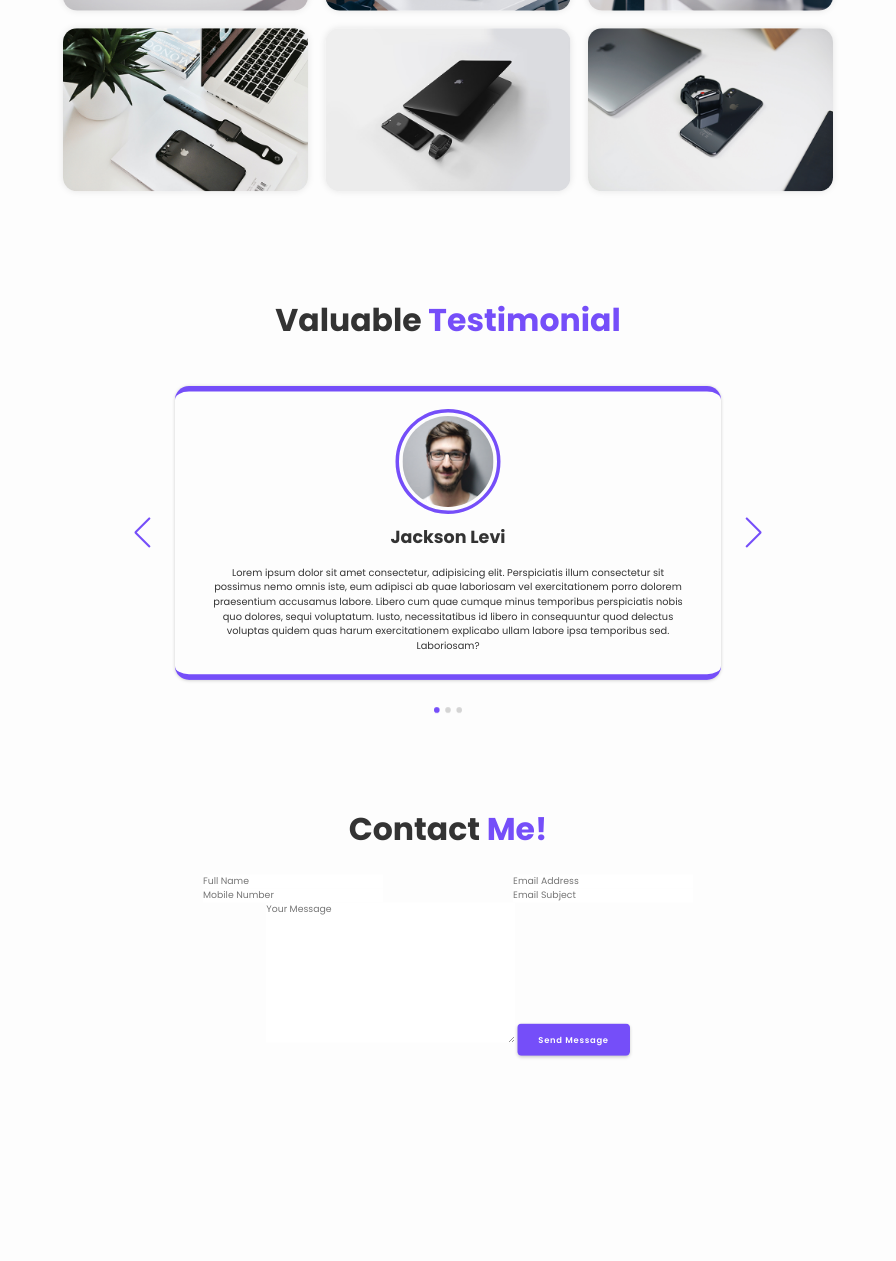
Repository: Gabi-Augusto/Portfolio
Page: index.html
These files come from the project's save history. The page is drawn as it stood at one moment and after the next save; the edit follows.
The browser window is 1280 px wide. The pictures show the part of the page from y = 2536 to 4456 px (the page is 4337 px tall before and 4456 px after), at 70% of full size.

Above is the page before, as saved 2023-11-29 20:54:34.

### index.html
<!DOCTYPE html>
<html lang="en">

<head>
    <meta charset="UTF-8">
    <meta http-equiv="X-UA-Compatible" content="IE=edge">
    <meta name="viewport" content="width=device-width, initial-scale=1.0">
    <title>Portfolio Website Design | Gabriela Augusto</title>

    <!-- swiper css -->
    <link rel="stylesheet" href="https://cdn.jsdelivr.net/npm/swiper@9/swiper-bundle.min.css" />

    <!-- box icons -->
    <link href='https://unpkg.com/boxicons@2.1.4/css/boxicons.min.css' rel='stylesheet'>

    <!-- custom css -->
    <link rel="stylesheet" href="css/style.css">
</head>

<body>

    <!-- header design -->
    <header class="header">
        <a href="#" class="logo">Portfolio.</a>

        <nav class="navbar">
            <a href="#home" class="active">Home</a>
            <a href="#about">About</a>
            <a href="#services">Services</a>
            <a href="#portfolio">Portfolio</a>
            <a href="#contact">Contact</a>
        </nav>

        <div class="bx bx-moon" id="darkMode-icon"></div>
    </header>

    <!-- home section design -->
    <section class="home" id="home">
        <div class="home-content">
            <h3>Hello, I am</h3>
            <h1>Gabriela Augusto</h1>
            <p>Lorem ipsum, dolor sit amet consectetur adipisicing elit. Veritatis sequi amet numquam sunt eius quae deleniti dolore voluptatum.</p>

            <div class="social-media">
                <a href="#"><i class='bx bxl-instagram-alt'></i></a>
                <a href="#"><i class='bx bxl-linkedin' ></i></a>
                <a href="#"><i class='bx bxl-github' ></i></a>
            </div>

            <a href="#" class="btn">Download CV</a>
        </div>

        <div class="profession-container">
            <div class="profession-box">
                <div class="profession" style="--i:0;">
                    <i class='bx bx-cloud'></i>
                    <h3>Salesforce Developer</h3>
                </div>
                <div class="profession" style="--i:1;">
                    <i class='bx bx-bulb'></i>
                    <h3>Business Analyst</h3>
                </div>
                <div class="profession" style="--i:2;">
                    <i class='bx bx-palette'></i>
                    <h3>Web Designer</h3>
                </div>
                <div class="profession" style="--i:3;">
                    <i class='bx bx-code-alt' ></i>
                    <h3>FullStack Developer</h3>
                </div>
                <div class="circle"></div>
            </div>
            <div class="overlay"></div>
        </div>
        <div class="home-img">
            <img src="imagens/home.png" alt="">
        </div>
    </section>

    <!-- about section design -->

    <section class="about" id="about">
        <div class="about-img">
            <img src="imagens/about.png" alt="">
        </div>

        <div class="about-content">
            <h2 class="heading">About <span>Me</span></h2>
            <h3>Hi, I'm Here To Help Your Next Project!</h3>
            <p>Lorem ipsum dolor sit, amet consectetur adipisicing elit. Consequatur laudantium reiciendis voluptates maxime optio cumque accusantium sunt temporibus cupiditate! Sed mollitia id doloribus nesciunt odit harum, praesentium aliquid. Soluta, harum est eveniet quos provident veritatis eaque ullam voluptate laudantium deleniti?</p>
            <a href="#" class="btn">Read More</a>
        </div>
    </section>

    <!-- services section design -->

    <section class="services" id="services">
        <h2 class="heading">My <span>Services</span></h2>

        <div class="services-container">
            <div class="services-box">
                <i class='bx bx-code-alt' ></i>
                <h3>Salesforce Development</h3>
                <p>Lorem ipsum dolor sit amet consectetur adipisicing elit. Corrupti quidem blanditiis error dignissimos. Quos eligendi totam quod nesciunt modi harum incidunt accusamus.</p>
                <a href="#" class="btn">Read More</a>
            </div>
            <div class="services-box">
                <i class='bx bxs-paint'></i>
                <h3>Graphic Design</h3>
                <p>Lorem ipsum dolor sit amet consectetur adipisicing elit. Corrupti quidem blanditiis error dignissimos. Quos eligendi totam quod nesciunt modi harum incidunt accusamus.</p>
                <a href="#" class="btn">Read More</a>
            </div>
            <div class="services-box">
                <i class='bx bx-bar-chart-alt'></i>
                <h3>Digital Marketing</h3>
                <p>Lorem ipsum dolor sit amet consectetur adipisicing elit. Corrupti quidem blanditiis error dignissimos. Quos eligendi totam quod nesciunt modi harum incidunt accusamus.</p>
                <a href="#" class="btn">Read More</a>
            </div>
        </div>
    </section>

    <!-- portfolio section design -->

    <section class="portfolio" id="portfolio">
        <h2 class="heading">Latest <span>Project</span></h2>

        <div class="portfolio-container">
            <div class="portfolio-box">
                <img src="imagens/portfolio1.jpg" alt="">

                <div class="portfolio-layer">
                    <h4>Web Desing</h4>
                    <p>Lorem ipsum dolor sit amet consectetur adipisicing elit. Asperiores, ut possimus!</p>
                    <a href="#"><i class='bx bx-link-external' ></i></a>
                </div>
            </div>

            <div class="portfolio-box">
                <img src="imagens/portfolio2.jpg" alt="">

                <div class="portfolio-layer">
                    <h4>Web Desing</h4>
                    <p>Lorem ipsum dolor sit amet consectetur adipisicing elit. Asperiores, ut possimus!</p>
                    <a href="#"><i class='bx bx-link-external' ></i></a>
                </div>
            </div>

            <div class="portfolio-box">
                <img src="imagens/portfolio3.jpg" alt="">

                <div class="portfolio-layer">
                    <h4>Web Desing</h4>
                    <p>Lorem ipsum dolor sit amet consectetur adipisicing elit. Asperiores, ut possimus!</p>
                    <a href="#"><i class='bx bx-link-external' ></i></a>
                </div>
            </div>

            <div class="portfolio-box">
                <img src="imagens/portfolio4.jpg" alt="">

                <div class="portfolio-layer">
                    <h4>Web Desing</h4>
                    <p>Lorem ipsum dolor sit amet consectetur adipisicing elit. Asperiores, ut possimus!</p>
                    <a href="#"><i class='bx bx-link-external' ></i></a>
                </div>
            </div>

            <div class="portfolio-box">
                <img src="imagens/portfolio5.jpg" alt="">

                <div class="portfolio-layer">
                    <h4>Web Desing</h4>
                    <p>Lorem ipsum dolor sit amet consectetur adipisicing elit. Asperiores, ut possimus!</p>
                    <a href="#"><i class='bx bx-link-external' ></i></a>
                </div>
            </div>

            <div class="portfolio-box">
                <img src="imagens/portfolio6.jpg" alt="">

                <div class="portfolio-layer">
                    <h4>Web Desing</h4>
                    <p>Lorem ipsum dolor sit amet consectetur adipisicing elit. Asperiores, ut possimus!</p>
                    <a href="#"><i class='bx bx-link-external' ></i></a>
                </div>
            </div>

        </div>
    </section>

    <!-- testimonial design -->

    <div class="testimonial-container">
        <h2 class="heading">Valuable <span>Testimonial</span></h2>

        <div class="testimonial-wrapper">
            <div class="testimonial-box mySwiper">
                <div class="testimonial-content swiper-wrapper">
                    <div class="testimonial-slide swiper-slide">
                        <img src="imagens/testimonial1.jpg" alt="">
                        <h3>Jackson Levi</h3>
                        <p>Lorem ipsum dolor sit amet consectetur, adipisicing elit. Perspiciatis illum consectetur sit possimus nemo omnis iste, eum adipisci ab quae laboriosam vel exercitationem porro dolorem praesentium accusamus labore. Libero cum quae cumque minus temporibus perspiciatis nobis quo dolores, sequi voluptatum. Iusto, necessitatibus id libero in consequuntur quod delectus voluptas quidem quas harum exercitationem explicabo ullam labore ipsa temporibus sed. Laboriosam?</p>
                    </div>

                    <div class="testimonial-slide swiper-slide">
                        <img src="imagens/testimonial2.jpg" alt="">
                        <h3>Flora Ocean</h3>
                        <p>Lorem ipsum dolor sit amet consectetur, adipisicing elit. Perspiciatis illum consectetur sit possimus nemo omnis iste, eum adipisci ab quae laboriosam vel exercitationem porro dolorem praesentium accusamus labore. Libero cum quae cumque minus temporibus perspiciatis nobis quo dolores, sequi voluptatum. Iusto, necessitatibus id libero in consequuntur quod delectus voluptas quidem quas harum exercitationem explicabo ullam labore ipsa temporibus sed. Laboriosam?</p>
                    </div>

                    <div class="testimonial-slide swiper-slide">
                        <img src="imagens/testimonial3.jpg" alt="">
                        <h3>Julian Grayson</h3>
                        <p>Lorem ipsum dolor sit amet consectetur, adipisicing elit. Perspiciatis illum consectetur sit possimus nemo omnis iste, eum adipisci ab quae laboriosam vel exercitationem porro dolorem praesentium accusamus labore. Libero cum quae cumque minus temporibus perspiciatis nobis quo dolores, sequi voluptatum. Iusto, necessitatibus id libero in consequuntur quod delectus voluptas quidem quas harum exercitationem explicabo ullam labore ipsa temporibus sed. Laboriosam?</p>
                    </div>
                </div>

                <div class="swiper-button-next"></div>
                <div class="swiper-button-prev"></div>
                <div class="swiper-pagination"></div>

            </div>
        </div>
    </div>

    <!-- contact section design -->

    <section class="contact" id="contact">
        <h2 class="heading">Contact <span>Me!</span></h2>

        <form action="#">

            <div class="input-box">
                <input type="text" placeholder="Full Name">
                <input type="email" placeholder="Email Address">
            </div>

            <div class="input-box">
                <input type="number" placeholder="Mobile Number">
                <input type="text" placeholder="Email Subject">
            </div>
            <textarea name="" id="" cols="30" rows="10" placeholder="Your Message"></textarea>
            <input type="submit" value="Send Message" class="btn">
        </form>
    </section>

    <!-- footer design -->


    <!-- scroll reveal -->
    <script src="https://unpkg.com/scrollreveal"></script>

    <!-- swiper js -->
    <script src="https://cdn.jsdelivr.net/npm/swiper@9/swiper-bundle.min.js"></script>

    <!-- custom js -->
    <script src="js/script.js"></script>
</body>

</html>

### css/style.css
@import url('https://fonts.googleapis.com/css2?family=Poppins:wght@300;400;500;600;700;800;900&display=swap');

* {
    margin: 0;
    padding: 0;
    box-sizing: border-box;
    text-decoration: none;
    border: none;
    outline: none;
    scroll-behavior: smooth;
    font-family: 'Poppins', sans-serif;
}

:root {
    --bg-color: #fdfdfd;
    --text-color: #333;
    --main-color: #754ef9;
    --white-color: #fdfdfd;
    --shadow-color: rgba(0, 0, 0, .2);
}

html {
    font-size: 62.5%;
    overflow-x: hidden;
}

body {
    background: var(--bg-color);
    color: var(--text-color);
}

.header {
    position: fixed;
    top: 0;
    left: 0;
    width: 100%;
    padding: 2rem 7%;
    background: transparent;
    display: flex;
    align-items: center;
    z-index: 100;
    transition: .5s;
}

.header.sticky {
    background: var(--bg-color);
    box-shadow: 0 .1rem 1rem var(--shadow-color);
}

.logo {
    font-size: 2.5rem;
    color: var(--main-color);
    font-weight: 600;
    cursor: default;
    margin-right: auto;
}

.navbar a {
    position: relative;
    font-size: 1.7rem;
    color: var(--white-color);
    font-weight: 500;
    margin-right: 3.5rem;
}

.header.sticky .navbar a {
    color: var(--text-color);
}

.header.sticky .navbar a.active {
    color: var(--main-color);
}

.navbar a.active::before{
    content: '';
    position: absolute;
    left: 0;
    bottom: -6px;
    width: 100%;
    height: .2rem;
    background: var(--white-color);
}

.header.sticky .navbar a::before {
    background: var(--main-color);
    opacity: .7;
}

#darkMode-icon {
    font-size: 2.4rem;
    color: var(--white-color);
    cursor: pointer;
}

.header.sticky #darkMode-icon{
    color: var(--text-color);
    opacity: .9;
}

section {
    min-height: 100vh;
    padding: 7rem 7% 2rem;
}

.home {
    display: flex;
    align-items: center;
}

.home .home-content {
    max-width: 44rem;
}

.home-content h3 {
    font-size: 3.2rem;
    font-weight: 700;
    line-height: .3;
}

.home-content h1 {
    font-size: 4.8rem;
    font-weight: 700;
    margin-bottom: .3rem;
}

.home-content p {
    font-size: 1.6rem;
}

.home-content .social-media a {
    display: inline-flex;
    justify-content: center;
    align-items: center;
    width: 4rem;
    height: 4rem;
    background: transparent;
    border: .2rem solid var(--main-color);
    border-radius: 50%;
    box-shadow: 0 .2rem .5rem  var(--shadow-color);
    font-size: 2rem;
    color: var(--main-color);
    margin: 2.5rem 1.5rem 3rem 0;
    transition: .5s ease;
}

.home-content .social-media a:hover {
    background: var(--main-color);
    color: var(--white-color);
}

.btn {
    display: inline-block;
    padding: 1.2rem 2.8rem;
    background: var(--main-color);
    border-radius: .6rem;
    box-shadow: 0 .2rem .5rem var(--shadow-color);
    font-size: 1.2rem;
    color: var(--white-color);
    letter-spacing: .1rem;
    font-weight: 600;
    border: .2rem solid transparent;
    transition: .5s ease;
}

.btn:hover {
    background: transparent;
    color: var(--main-color);
    border-color: var(--main-color);
}

.home .profession-container {
    position: absolute;
    top: 48%;
    right: 30px;
    transform: translateY(-50%);
    width: 680px;
    height: 680px;
    overflow: hidden;
    pointer-events: none;
}

.home .profession-container .profession-box {
    position: absolute;
    top: 0;
    right: 0;
    width: 680px;
    height: 680px;
    border-radius: 50%;
    display: flex;
    justify-content: center;
    align-items: center;
}

.home .profession-box .profession {
    position: absolute;
    left: 0;
    display: flex;
    align-items: center;
    flex-direction: column;
    color: var(--main-color);
    transform: rotate(calc(360deg / 4 * var(--i)));
    transform-origin: 340px;
    background: var(--bg-color);
    padding: 13px 0;
}

.home .profession-box .profession:nth-child(1) i {
    margin-right: 15px;
}

.home .profession-box .profession:nth-child(2),
.home .profession-box .profession:nth-child(4) {
    padding-bottom: 20px;
}

.home .profession i {
    font-size: 3.8rem;
}

.home .profession h3 {
    font-size: 2.4rem;
    line-height: 1;
    font-weight: 600;
}

.home .profession-box .circle {
    width: 520px;
    height: 520px;
    border: 3px solid var(--main-color);
    border-radius: 50%;
}

.home .profession-container .overlay {
    position: absolute;
    top: 0;
    right: 0;
    width: 0;
    height: 0;
    border-top: 340px solid var(--main-color);
    border-right: 340px solid var(--main-color);
    border-bottom: 340px solid var(--main-color);
    border-left: 340px solid transparent;
}

.home-img img {
    position: absolute;
    bottom: 0;
    top: 83px;
    right: 70px;
    width: 29%;
    pointer-events: none;
}

span {
    color: var(--main-color);
}

.about {
    display: flex;
    justify-content: center;
    align-items: center;
    gap: 6rem;
}

.about-img img {
    width: 40vw;
}

.heading {
    font-size: 4.5rem;
    text-align: center;
}

.about-content h2 {
    text-align: left;
    line-height: 1.2;
}

.about-content h3 {
    font-size: 2rem;
}

.about-content p {
    font-size: 1.6rem;
    margin: 2rem 0 3rem;
}

.services {
    min-height: auto;
    padding-bottom: 7rem;
}

.services h2 {
    margin-bottom: 5rem;
}

.services .services-container {
    display: flex;
    justify-content: center;
    align-items: center;
    flex-wrap: wrap;
    gap: 2rem;
}

.services-container .services-box {
    flex: 1 1 30rem;
    background: var(--bg-color);
    padding: 3rem 2rem 4rem;
    border-radius: 2rem;
    box-shadow: 0 .1rem .5rem var(--shadow-color);
    text-align: center;
    border-top: .6rem solid var(--main-color);
    border-bottom: .6rem solid var(--main-color);
    transition: .5s ease;
}

.services-container .services-box:hover {
    box-shadow: 0 .1rem 2rem var(--shadow-color);
    transform: scale(1.02);
}

.services-box i {
    font-size: 7rem;
    color: var(--main-color);
}

.services-box h3 {
    font-size: 2.6rem;
    transition: .5s ease;
}

.services-box:hover h3 {
    color: var(--main-color);
}

.services-box p {
    font-size: 1.6rem;
    margin: 1rem 0 3rem;
}

.portfolio {
    padding-bottom: 10rem;
}

.portfolio h2 {
    margin-bottom: 4rem;
}

.portfolio .portfolio-container {
    display: grid;
    grid-template-columns: repeat(3, 1fr);
    align-items: center;
    gap: 2.5rem;
}

.portfolio-container .portfolio-box{
    position: relative;
    display: flex;
    border-radius: 2rem;
    box-shadow: 0 0 1rem rgba(0, 0, 0, .1);
    overflow: hidden;
}

.portfolio-box img {
    width: 100%;
    transition: .5s ease;
}

.portfolio-box:hover img {
    transform: scale(1.1);
}

.portfolio-box .portfolio-layer {
    position: absolute;
    bottom: 0;
    left: 0;
    width: 100%;
    height: 100%;
    background: linear-gradient(rgba(0, 0, 0, .1), var(--main-color));
    color: var(--white-color);
    display: flex;
    justify-content: center;
    align-items: center;
    flex-direction: column;
    text-align: center;
    padding: 0 4rem;
    opacity: 0;
    transition: .5s ease;
}

.portfolio-box:hover .portfolio-layer {
    opacity: 1;
}

.portfolio-layer h4 {
    font-size: 3rem;
}

.portfolio-layer p {
    font-size: 1.6rem;
    margin: .3rem 0 1rem;
}

.portfolio-layer a {
    display: inline-flex;
    justify-content: center;
    align-items: center;
    width: 5rem;
    height: 5rem;
    background: var(--white-color);
    border-radius: 50%;
}

.portfolio-layer a i {
    font-size: 2rem;
    color: #333;
}

.testimonial-container {
    display: flex;
    align-items: center;
    flex-direction: column;
    width: 100%;
    padding: 5rem 1rem;
}

.testimonial-container .testimonial-wrapper {
    position: relative;
    max-width: 90rem;
    width: 100%;
    padding: 5rem;
}

.testimonial-wrapper .testimonial-box {
    padding: 1rem;
    border-radius: 2rem;
    overflow: hidden;
}

.testimonial-content .testimonial-slide {
    display: flex;
    align-items: center;
    flex-direction: column;
    background: var(--bg-color);
    border-radius: 2rem;
    box-shadow: 0 .1rem .5rem var(--shadow-color);
    padding: 3rem 5rem;
    border-top: .8rem solid var(--main-color);
    border-bottom: .8rem solid var(--main-color);
}

.testimonial-slide img {
    width: 14rem;
    height: 14rem;
    object-fit: cover;
    border-radius: 50%;
    border: .5rem solid var(--bg-color);
    outline: .5rem solid var(--main-color);
}

.testimonial-slide h3 {
    font-size: 2.5rem;
    margin: 2rem 0;
}

.testimonial-slide p {
    font-size: 1.4rem;
    text-align: center;
}

.testimonial-box .swiper-button-next,
.testimonial-box .swiper-button-prev {
    color: var(--main-color);
}

.testimonial-box .swiper-button-next {
    right: 0;
}

.testimonial-box .swiper-button-prev {
    left: 0;
}

.testimonial-box .swiper-pagination-bullet {
    background: rgba(0, 0, 0, .8);
}

.testimonial-box .swiper-pagination-bullet-active {
    background: var(--main-color);
}

.contact h2 {
    margin-bottom: 3rem;
}

.contact form {
    max-width: 70rem;
    margin: 1rem auto;
    text-align: center;
    margin-bottom: 3rem;
}

.contact form .input-box {
    display: flex;
    justify-content: space-between;
    flex-wrap: wrap;
}

### js/script.js
/*========== menu icon navbar ==========*/
let menuIcon = document.querySelector('#menu-icon');
let navbar = document.querySelector('.navbar');


/*========== scroll sections active link ==========*/
let sections = document.querySelectorAll('section');
let navLinks = document.querySelectorAll('header nav a');

window.onscroll = () => {
    /*========== sticky navbar ==========*/
    let header = document.querySelector('.header');

    header.classList.toggle('sticky', window.scrollY > 100);
    /*========== remove menu icon navbar when click navbar link (scroll) ==========*/
};


/*========== swiper ==========*/

var swiper = new Swiper(".mySwiper", {
    slidesPerView: 1,
    spaceBetween: 50,
    loop: true,
    grabCursor: true,
    pagination: {
      el: ".swiper-pagination",
      clickable: true,
    },
    navigation: {
      nextEl: ".swiper-button-next",
      prevEl: ".swiper-button-prev",
    },
  });


/*========== dark light mode ==========*/

/*========== scroll reveal ==========*/

After the next save:
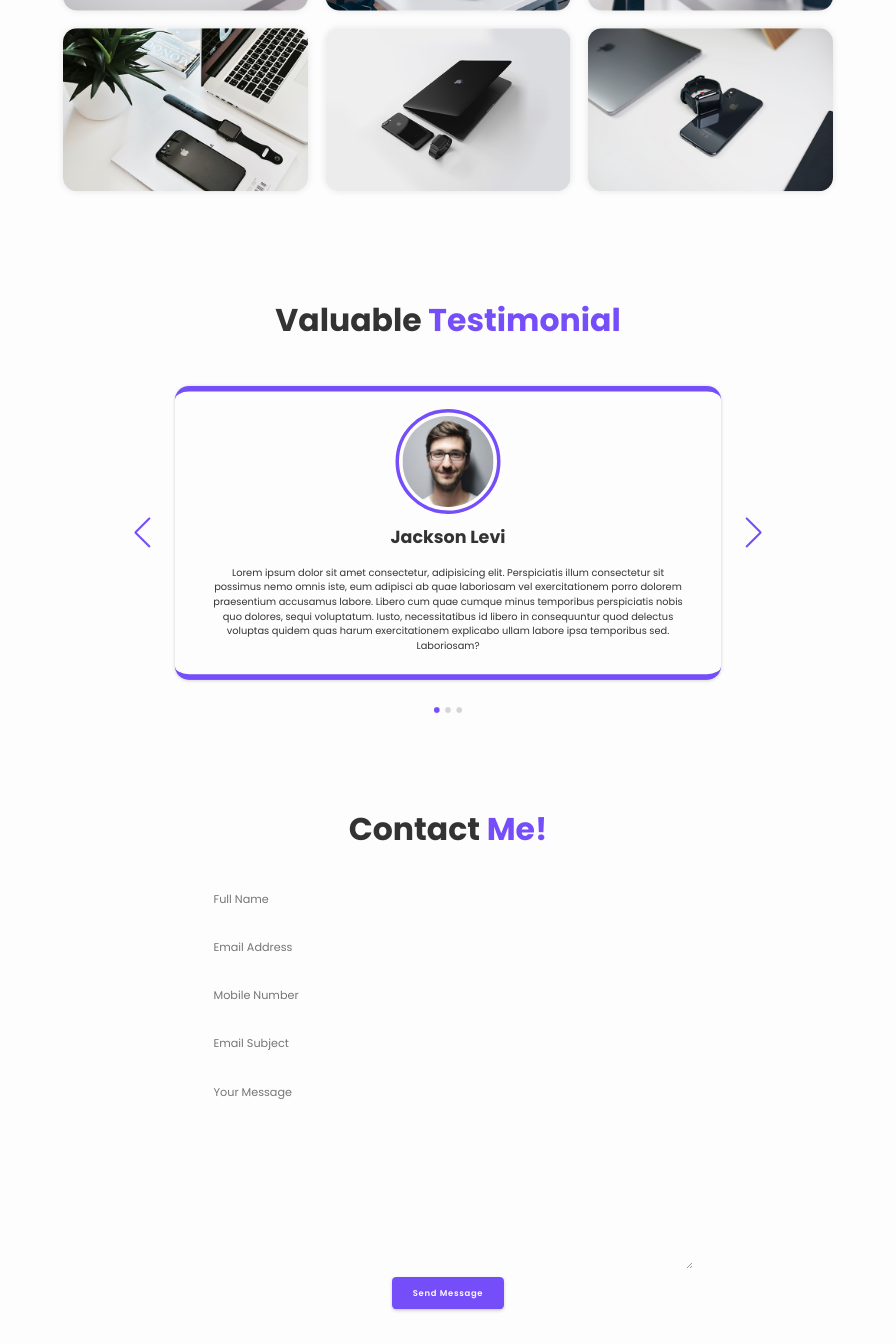
Saved 2 min 45 s later.
--- a/css/style.css
+++ b/css/style.css
@@ -505,3 +505,14 @@ span {
     justify-content: space-between;
     flex-wrap: wrap;
 }
+
+.contact form .input-box input,
+.contact form textarea {
+    width: 100%;
+    padding: 1.5rem;
+    font-size: 1.6rem;
+    color: var(--text-color);
+    background: var(--bg-color);
+    border-radius: .8rem;
+    margin: .7rem 0;
+}
